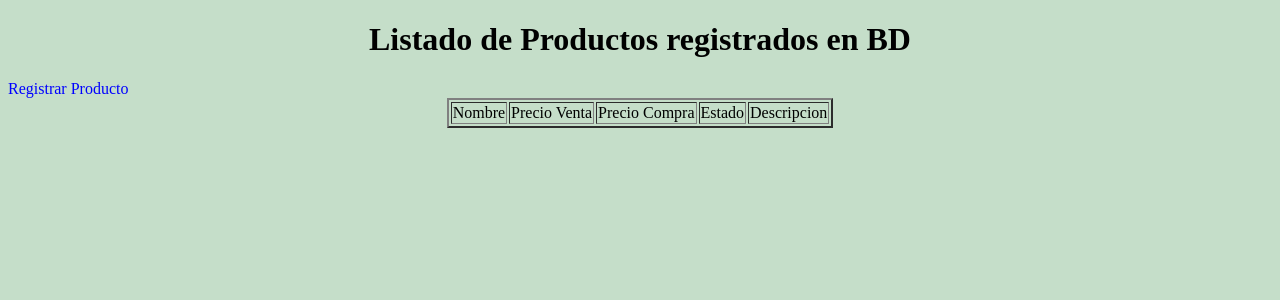
Repository: stephaniee04/LPII_CL2_eusebiogarrostephanie
Page: http://localhost/LPII_CL2_EUSEBIOGARROSTEPHANIE/ListadoProductos.jsp
An editor plug-in stored every save of this project. The page is shown before and after the next save, followed by the edit.
The browser window is 1280 px wide. The pictures show the whole page.
The page is served by Tomcat 9. The template is opened directly, without the code that normally fills it, so the values that code supplies are empty.

Above is the page before, as saved 2024-06-23 00:08:29.

After the next save:
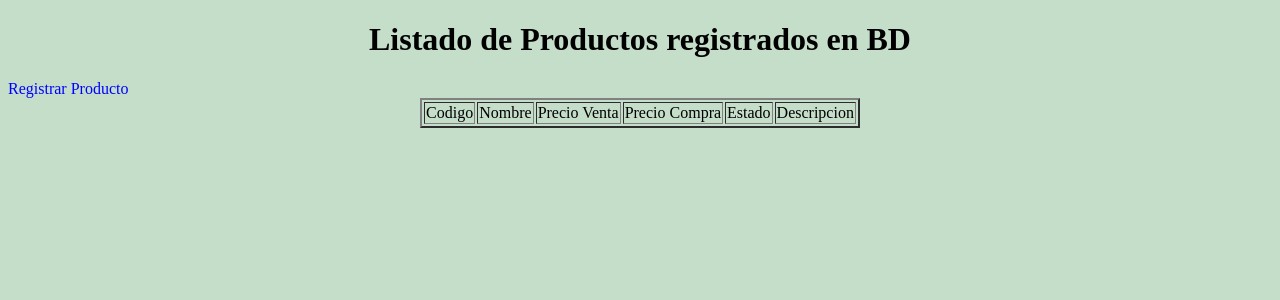
Saved 102 s later.
--- a/LPII_CL2_EUSEBIOGARROSTEPHANIE/src/main/webapp/ListadoProductos.jsp
+++ b/LPII_CL2_EUSEBIOGARROSTEPHANIE/src/main/webapp/ListadoProductos.jsp
@@ -25,6 +25,7 @@
 <a href="RegistrarProductos.jsp" style="text-decoration:none;color:blue;"> Registrar Producto</a>
 <table border="2" align="center">
 <tr>
+<td>Codigo</td>
 <td>Nombre</td>
 <td>Precio Venta</td>
 <td>Precio Compra</td>
